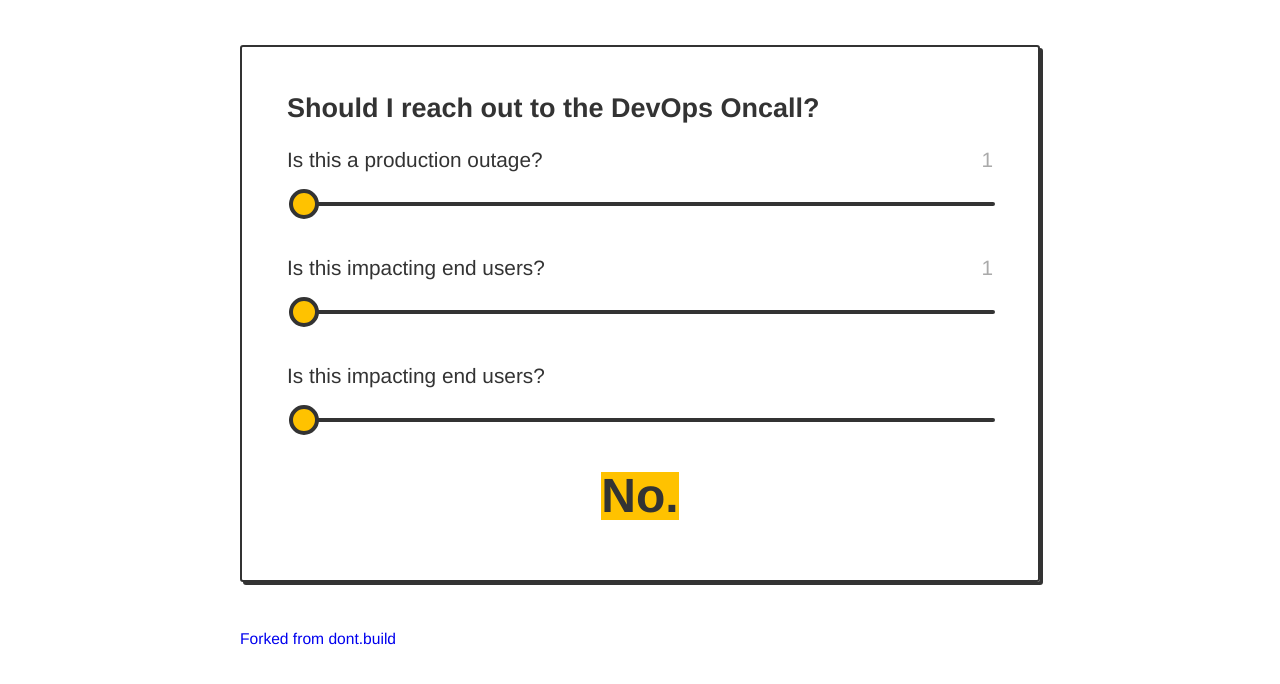
Repository: harishbsrinivas/dont.call
Page: index.html
The author's editor kept a copy of each file at every save. The page is drawn from the files as they stood at one save, then again after the next save.
The browser window is 1280 px wide. The pictures show the whole page.

Above is the page before, as saved 2022-12-03 18:54:14.

After the next save:
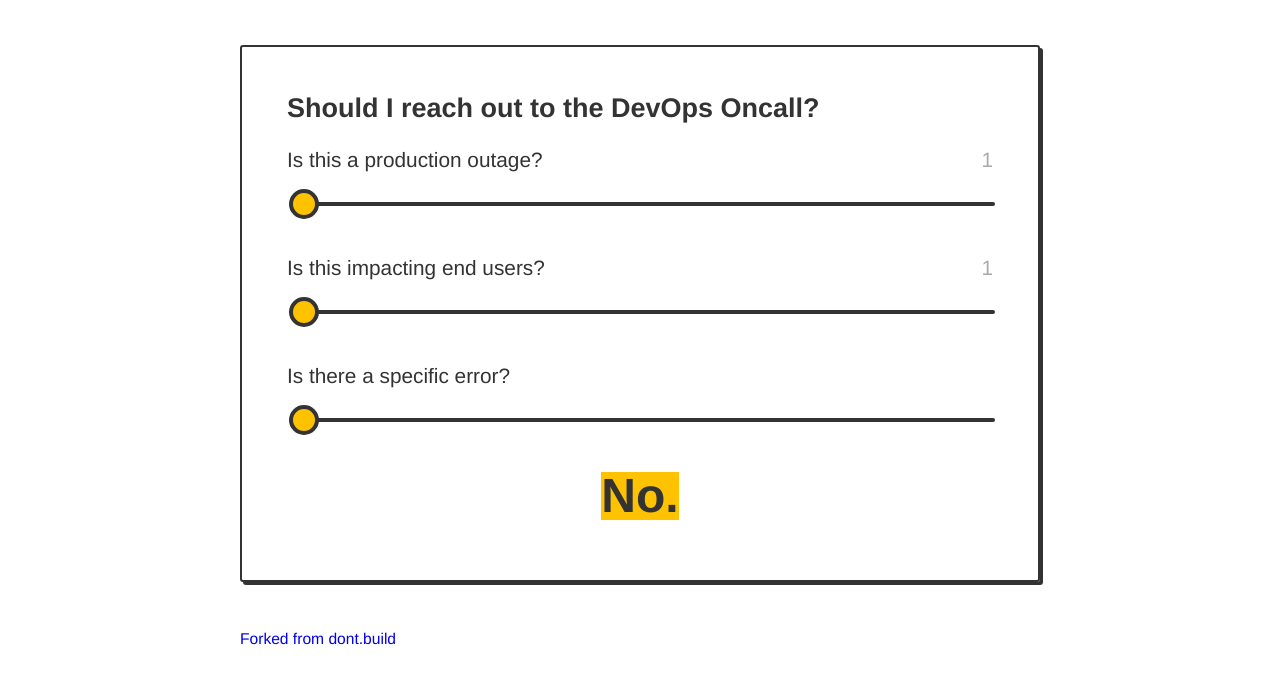
Saved 21 s later.
--- a/index.html
+++ b/index.html
@@ -29,9 +29,9 @@
                     <label>Is this impacting end users?</label>
                     <input type="range" min="1" max="3" step="1" value="1" />
                 </fieldset>
-                <fieldset class="p-error">
+                <fieldset class="p-ticket">
                     <span class="value"></span>
-                    <label>Is this impacting end users?</label>
+                    <label>Is there a specific error?</label>
                     <input type="range" min="1" max="3" step="1" value="1" />
                 </fieldset>
             </form>
